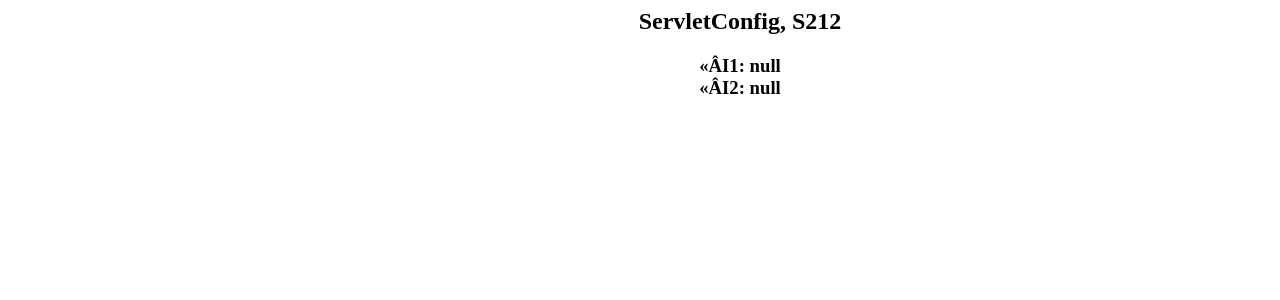
Repository: anxhuang/Java_Web
Page: http://localhost/code/S212
An editor plug-in stored every save of this project. The page is shown before and after the next save, followed by the edit.
The browser window is 1280 px wide. The pictures show the whole page.
The page is served by Tomcat 9. Other server files are loaded and not shown.

Above is the page before, as saved 2018-07-17 12:14:27.

### code/src/code/servlet/S212.java
package code.servlet;

import java.io.IOException;
import java.io.PrintWriter;

import javax.servlet.ServletException;
import javax.servlet.annotation.WebServlet;
import javax.servlet.http.HttpServlet;
import javax.servlet.http.HttpServletRequest;
import javax.servlet.http.HttpServletResponse;

/**
 * Servlet implementation class S212
 */
@WebServlet("/S212")
public class S212 extends HttpServlet {
	private static final long serialVersionUID = 1L;

    /**
     * @see HttpServlet#HttpServlet()
     */
    public S212() {
        super();
        // TODO Auto-generated constructor stub
    }

	/**
	 * @see HttpServlet#doGet(HttpServletRequest request, HttpServletResponse response)
	 */
	protected void doGet(HttpServletRequest request, HttpServletResponse response) throws ServletException, IOException {
		// TODO Auto-generated method stub
//		response.getWriter().append("Served at: ").append(request.getContextPath());

		PrintWriter out=response.getWriter();

		out.println("<center><div style='width: 80%; height: 300px; margin-left: 200px'>");
		out.println("<h2>ServletConfig, S212</h2><h3>");
		out.println("­«ÂI1: "+getServletConfig().getInitParameter("Day1")+"<br>");//method chaining
		out.println("­«ÂI2: "+getServletConfig().getInitParameter("Day2")+"<br>");
		out.println("</h2></h3></div></center>");
	}

	/**
	 * @see HttpServlet#doPost(HttpServletRequest request, HttpServletResponse response)
	 */
	protected void doPost(HttpServletRequest request, HttpServletResponse response) throws ServletException, IOException {
		// TODO Auto-generated method stub
		doGet(request, response);
	}

}

After the next save:
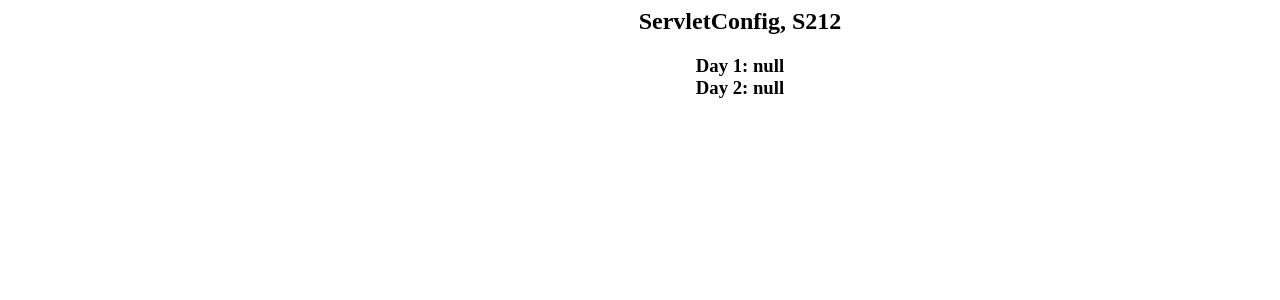
Saved 3 min 32 s later.
--- a/code/src/code/servlet/S212.java
+++ b/code/src/code/servlet/S212.java
@@ -35,8 +35,8 @@ public class S212 extends HttpServlet {
 
 		out.println("<center><div style='width: 80%; height: 300px; margin-left: 200px'>");
 		out.println("<h2>ServletConfig, S212</h2><h3>");
-		out.println("­«ÂI1: "+getServletConfig().getInitParameter("Day1")+"<br>");//method chaining
-		out.println("­«ÂI2: "+getServletConfig().getInitParameter("Day2")+"<br>");
+		out.println("Day 1: "+getServletConfig().getInitParameter("Day1")+"<br>");//method chaining
+		out.println("Day 2: "+getServletConfig().getInitParameter("Day2")+"<br>");
 		out.println("</h2></h3></div></center>");
 	}
 
